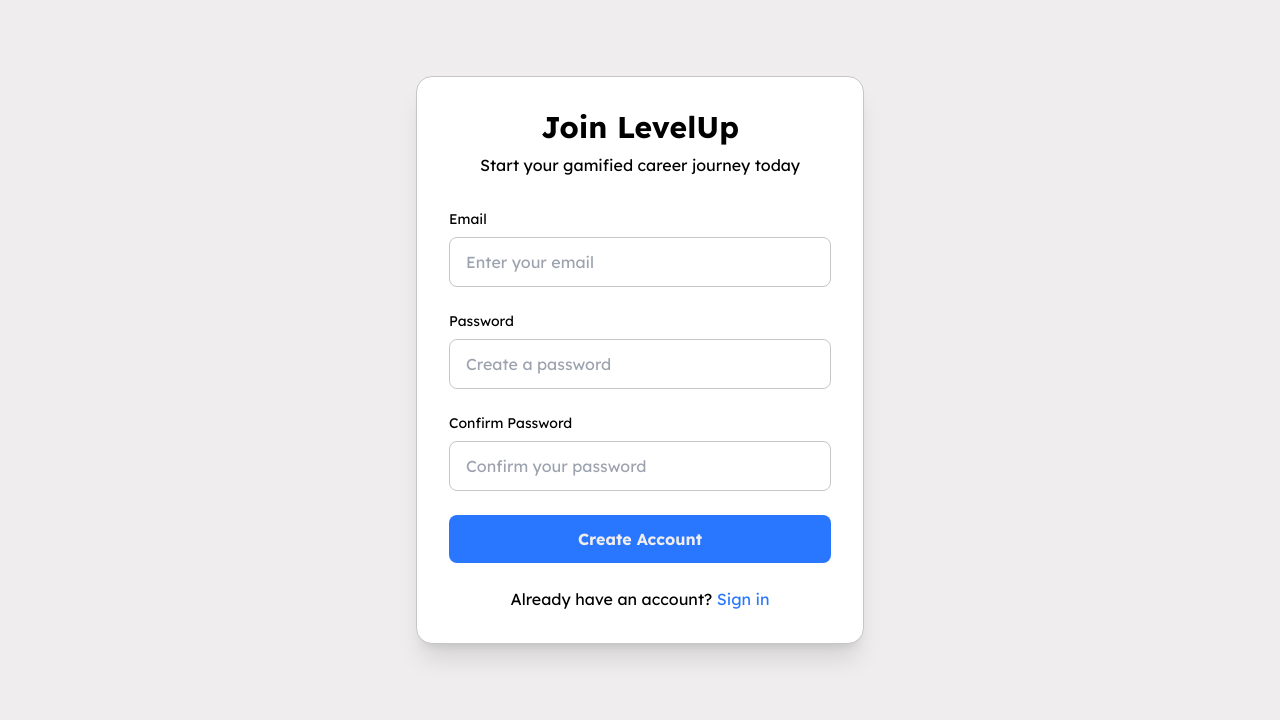
Repository: Mrguru2024/hackjam-team-04
Page: /auth/signup (app in frontend/)
An editor plug-in stored every save of this project. The page is shown before and after a run of saves, followed by the edit.
The browser window is 1280 px wide. The pictures show the whole page.
The project was rebuilt for these pictures with package versions that can differ from the ones it lists, and the page was loaded fresh each time. The framework's server and built-in components were replaced by stand-ins that run in the browser. Also part of the build but not shown: frontend/next.config.ts.

Above is the page before, as saved 2025-07-13 20:16:59.

### frontend/app/layout.tsx
import "./globals.css";
import { Lexend } from "next/font/google";
import { UserProvider } from "@/context/UserContext";

const lexend = Lexend({ subsets: ["latin"], weight: ["400", "700", "900"] });

export const metadata = {
  title: "LevelUp",
  description: "Gamified career progress tracker for Per Scholas",
};

export default function RootLayout({
  children,
}: {
  children: React.ReactNode;
}) {
  return (
    <html lang="en">
      <body className={lexend.className}>
        <UserProvider>{children}</UserProvider>
      </body>
    </html>
  );
}

### frontend/app/auth/signup/page.tsx
'use client';

import { useState } from 'react';
import { createUserWithEmailAndPassword } from 'firebase/auth';
import { auth } from '@/lib/firebase';
import Link from 'next/link';

export default function SignUp() {
  const [email, setEmail] = useState('');
  const [password, setPassword] = useState('');
  const [confirmPassword, setConfirmPassword] = useState('');
  const [error, setError] = useState('');
  const [loading, setLoading] = useState(false);

  const handleSignup = async (e: React.FormEvent) => {
    e.preventDefault();
    setLoading(true);
    setError('');

    if (password !== confirmPassword) {
      setError('Passwords do not match');
      setLoading(false);
      return;
    }

    try {
      await createUserWithEmailAndPassword(auth, email, password);
      // Redirect will be handled by the auth context
    } catch (err: any) {
      setError(err.message || 'Signup failed. Please try again.');
    } finally {
      setLoading(false);
    }
  };

  return (
    <div className="min-h-screen flex items-center justify-center bg-surface-subtle dark:bg-surface-default p-4">
      <div className="w-full max-w-md">
        <div className="bg-white dark:bg-surface-default rounded-2xl shadow-xl p-8 border border-border-default">
          <div className="text-center mb-8">
            <h1 className="text-3xl font-bold text-title mb-2">Join LevelUp</h1>
            <p className="text-body">Start your gamified career journey today</p>
          </div>

          <form onSubmit={handleSignup} className="space-y-6">
            {error && (
              <div className="bg-red-50 dark:bg-red-900/20 border border-red-200 dark:border-red-800 text-red-700 dark:text-red-400 px-4 py-3 rounded-lg">
                {error}
              </div>
            )}

            <div>
              <label htmlFor="email" className="block text-sm font-medium text-title mb-2">
                Email
              </label>
              <input
                id="email"
                type="email"
                value={email}
                onChange={(e) => setEmail(e.target.value)}
                className="w-full px-4 py-3 border border-border-default rounded-lg focus:ring-2 focus:ring-primary-default focus:border-transparent dark:bg-surface-subtle dark:text-text-negative"
                placeholder="Enter your email"
                required
              />
            </div>

            <div>
              <label htmlFor="password" className="block text-sm font-medium text-title mb-2">
                Password
              </label>
              <input
                id="password"
                type="password"
                value={password}
                onChange={(e) => setPassword(e.target.value)}
                className="w-full px-4 py-3 border border-border-default rounded-lg focus:ring-2 focus:ring-primary-default focus:border-transparent dark:bg-surface-subtle dark:text-text-negative"
                placeholder="Create a password"
                required
                minLength={6}
              />
            </div>

            <div>
              <label htmlFor="confirmPassword" className="block text-sm font-medium text-title mb-2">
                Confirm Password
              </label>
              <input
                id="confirmPassword"
                type="password"
                value={confirmPassword}
                onChange={(e) => setConfirmPassword(e.target.value)}
                className="w-full px-4 py-3 border border-border-default rounded-lg focus:ring-2 focus:ring-primary-default focus:border-transparent dark:bg-surface-subtle dark:text-text-negative"
                placeholder="Confirm your password"
                required
              />
            </div>

            <button
              type="submit"
              disabled={loading}
              className="w-full bg-primary-default hover:bg-primary-lighter text-text-negative font-bold py-3 px-6 rounded-lg transition-colors duration-200 disabled:opacity-50 disabled:cursor-not-allowed"
            >
              {loading ? 'Creating Account...' : 'Create Account'}
            </button>
          </form>

          <div className="mt-6 text-center">
            <p className="text-body">
              Already have an account?{' '}
              <Link href="/auth/login" className="text-primary-default hover:text-primary-lighter font-medium">
                Sign in
              </Link>
            </p>
          </div>
        </div>
      </div>
    </div>
  );
}

### frontend/app/globals.css
@tailwind base;
@tailwind components;
@tailwind utilities;

@layer base {
  :root {
    --surface-subtle: #efeded;
    --surface-default: #575252;
    --surface-disabled: #b7b5b5;
    --border-default: #c6c6c6;
    --border-disabled: #9aa7bc;
    --border-darker: #575252;
    --border-error: #b41c2b;
    --border-success: #009f42;
    --border-warning: #f0ad4e;
    --text-title: #161515;
    --text-body: #353232;
    --text-subtitle: #353232;
    --text-caption: #767070;
    --text-negative: #efeded;
    --text-disabled: #919191;
    --primary-subtle: #c2d8fe;
    --primary-lighter: #74a6ff;
    --primary-default: #2977ff;
    --primary-darker: #2a4ea2;
  }

  .dark {
    --surface-subtle: #575252;
    --surface-default: #efeded;
    --text-title: #efeded;
    --text-body: #efeded;
    --text-subtitle: #efeded;
    --text-caption: #b7b5b5;
    --text-negative: #161515;
  }
}

@layer components {
  .font-jura {
    font-family: "Jura", sans-serif;
  }
}

### frontend/context/UserContext.tsx
"use client";

import {
  createContext,
  useContext,
  useState,
  useEffect,
  ReactNode,
} from "react";
import { auth } from "@/lib/firebase";
import { User } from "firebase/auth";

interface UserContextType {
  user: User | null;
  loading: boolean;
}

const UserContext = createContext<UserContextType>({
  user: null,
  loading: true,
});

export const useUser = () => useContext(UserContext);

export function UserProvider({ children }: { children: ReactNode }) {
  const [user, setUser] = useState<User | null>(null);
  const [loading, setLoading] = useState(true);

  useEffect(() => {
    // Check if auth is available (Firebase properly configured)
    if (auth && typeof auth.onAuthStateChanged === 'function') {
      const unsubscribe = auth.onAuthStateChanged((user) => {
        setUser(user);
        setLoading(false);
      });

      return () => unsubscribe();
    } else {
      // Firebase not configured, set loading to false
      setLoading(false);
    }
  }, []);

  return (
    <UserContext.Provider value={{ user, loading }}>
      {children}
    </UserContext.Provider>
  );
}

### frontend/lib/firebase.js
import { initializeApp } from "firebase/app";
import { getAuth } from "firebase/auth";

const firebaseConfig = {
  apiKey: process.env.NEXT_PUBLIC_FIREBASE_API_KEY || "demo-api-key",
  authDomain: process.env.NEXT_PUBLIC_FIREBASE_AUTH_DOMAIN || "demo-project.firebaseapp.com",
  projectId: process.env.NEXT_PUBLIC_FIREBASE_PROJECT_ID || "demo-project-id",
  storageBucket: process.env.NEXT_PUBLIC_FIREBASE_STORAGE_BUCKET || "demo-project.appspot.com",
  messagingSenderId: process.env.NEXT_PUBLIC_FIREBASE_MESSAGING_SENDER_ID || "123456789",
  appId: process.env.NEXT_PUBLIC_FIREBASE_APP_ID || "demo-app-id",
};

// Only initialize Firebase if we're in the browser and have valid config
let app;
let auth;

if (typeof window !== 'undefined') {
  try {
    app = initializeApp(firebaseConfig);
    auth = getAuth(app);
  } catch (error) {
    console.warn('Firebase initialization failed:', error.message);
    // Create a mock auth object for development
    auth = {
      onAuthStateChanged: (callback) => {
        callback(null);
        return () => {};
      },
      signInWithEmailAndPassword: () => Promise.reject(new Error('Firebase not configured')),
      createUserWithEmailAndPassword: () => Promise.reject(new Error('Firebase not configured')),
      signOut: () => Promise.resolve(),
    };
  }
}

export { auth };

### frontend/tailwind.config.js
/** @type {import('tailwindcss').Config} */
module.exports = {
  content: [
    './app/**/*.{js,ts,jsx,tsx,mdx}',
    './components/**/*.{js,ts,jsx,tsx,mdx}',
  ],
  theme: {
    extend: {
      colors: {
        primary: {
          subtle: '#C2D8FE',
          lighter: '#74A6FF',
          default: '#2977FF',
          darker: '#2A4EA2',
        },
        surface: {
          subtle: '#EFEDED',
          default: '#575252',
          disabled: '#B7B5B5',
        },
        border: {
          default: '#C6C6C6',
          disabled: '#9AA7BC',
          darker: '#575252',
          error: '#B41C2B',
          success: '#009F42',
          warning: '#F0AD4E',
        },
        text: {
          title: '#161515',
          body: '#353232',
          subtitle: '#353232',
          caption: '#767070',
          negative: '#EFEDED',
          disabled: '#919191',
        },
      },
      fontFamily: {
        jura: ['Jura', 'sans-serif'],
      },
      fontSize: {
        jumbo: '40px',
      },
      borderRadius: {
        xl: '12px',
      },
    },
  },
  plugins: [],
}

### frontend/components/PasswordStrength/index.tsx
import React from "react";

export interface PasswordStrengthProps {
  password: string;
}

function getStrength(password: string) {
  let score = 0;
  if (password.length >= 8) score++;
  if (/[A-Z]/.test(password)) score++;
  if (/[0-9]/.test(password)) score++;
  if (/[^A-Za-z0-9]/.test(password)) score++;
  if (password.length >= 12) score++;
  return score;
}

function getStrengthLabel(score: number) {
  switch (score) {
    case 0:
    case 1:
      return { label: "Very Weak", color: "bg-red-500" };
    case 2:
      return { label: "Weak", color: "bg-orange-400" };
    case 3:
      return { label: "Medium", color: "bg-yellow-400" };
    case 4:
      return { label: "Strong", color: "bg-green-500" };
    case 5:
      return { label: "Very Strong", color: "bg-blue-500" };
    default:
      return { label: "", color: "bg-gray-300" };
  }
}

const PasswordStrength: React.FC<PasswordStrengthProps> = ({ password }) => {
  const score = getStrength(password);
  const { label, color } = getStrengthLabel(score);
  const percent = (score / 5) * 100;

  return (
    <div className="w-full mt-2">
      <div className="flex items-center justify-between mb-1">
        <span className="text-xs font-medium text-gray-700 dark:text-gray-200">Password Strength</span>
        <span className={`text-xs font-bold ${color} bg-opacity-20 px-2 py-0.5 rounded`}>{label}</span>
      </div>
      <div className="w-full h-2 bg-gray-200 dark:bg-gray-700 rounded">
        <div
          className={`h-2 rounded transition-all duration-300 ${color}`}
          style={{ width: `${percent}%` }}
        />
      </div>
    </div>
  );
};

export default PasswordStrength;

After the next 2 saves:
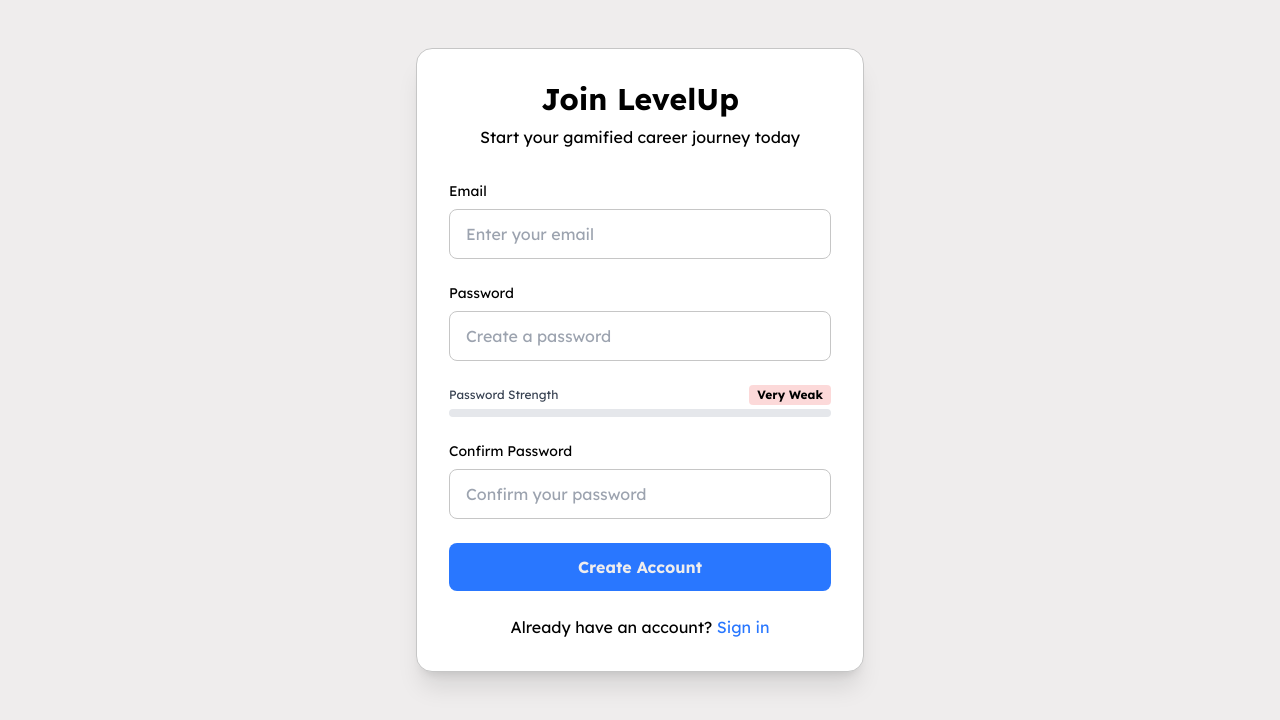
The 2 saves are shown as one change because they came seconds apart.
The last was saved 8 s later.
--- a/frontend/app/auth/signup/page.tsx
+++ b/frontend/app/auth/signup/page.tsx
@@ -1,24 +1,25 @@
-'use client';
+"use client";
 
-import { useState } from 'react';
-import { createUserWithEmailAndPassword } from 'firebase/auth';
-import { auth } from '@/lib/firebase';
-import Link from 'next/link';
+import { useState } from "react";
+import { createUserWithEmailAndPassword } from "firebase/auth";
+import { auth } from "@/lib/firebase";
+import Link from "next/link";
+import PasswordStrength from "@/components/PasswordStrength";
 
 export default function SignUp() {
-  const [email, setEmail] = useState('');
-  const [password, setPassword] = useState('');
-  const [confirmPassword, setConfirmPassword] = useState('');
-  const [error, setError] = useState('');
+  const [email, setEmail] = useState("");
+  const [password, setPassword] = useState("");
+  const [confirmPassword, setConfirmPassword] = useState("");
+  const [error, setError] = useState("");
   const [loading, setLoading] = useState(false);
 
   const handleSignup = async (e: React.FormEvent) => {
     e.preventDefault();
     setLoading(true);
-    setError('');
+    setError("");
 
     if (password !== confirmPassword) {
-      setError('Passwords do not match');
+      setError("Passwords do not match");
       setLoading(false);
       return;
     }
@@ -27,7 +28,7 @@ export default function SignUp() {
       await createUserWithEmailAndPassword(auth, email, password);
       // Redirect will be handled by the auth context
     } catch (err: any) {
-      setError(err.message || 'Signup failed. Please try again.');
+      setError(err.message || "Signup failed. Please try again.");
     } finally {
       setLoading(false);
     }
@@ -39,7 +40,9 @@ export default function SignUp() {
         <div className="bg-white dark:bg-surface-default rounded-2xl shadow-xl p-8 border border-border-default">
           <div className="text-center mb-8">
             <h1 className="text-3xl font-bold text-title mb-2">Join LevelUp</h1>
-            <p className="text-body">Start your gamified career journey today</p>
+            <p className="text-body">
+              Start your gamified career journey today
+            </p>
           </div>
 
           <form onSubmit={handleSignup} className="space-y-6">
@@ -50,7 +53,10 @@ export default function SignUp() {
             )}
 
             <div>
-              <label htmlFor="email" className="block text-sm font-medium text-title mb-2">
+              <label
+                htmlFor="email"
+                className="block text-sm font-medium text-title mb-2"
+              >
                 Email
               </label>
               <input
@@ -65,7 +71,10 @@ export default function SignUp() {
             </div>
 
             <div>
-              <label htmlFor="password" className="block text-sm font-medium text-title mb-2">
+              <label
+                htmlFor="password"
+                className="block text-sm font-medium text-title mb-2"
+              >
                 Password
               </label>
               <input
@@ -79,9 +88,13 @@ export default function SignUp() {
                 minLength={6}
               />
             </div>
+            <PasswordStrength password={password} />
 
             <div>
-              <label htmlFor="confirmPassword" className="block text-sm font-medium text-title mb-2">
+              <label
+                htmlFor="confirmPassword"
+                className="block text-sm font-medium text-title mb-2"
+              >
                 Confirm Password
               </label>
               <input
@@ -100,14 +113,17 @@ export default function SignUp() {
               disabled={loading}
               className="w-full bg-primary-default hover:bg-primary-lighter text-text-negative font-bold py-3 px-6 rounded-lg transition-colors duration-200 disabled:opacity-50 disabled:cursor-not-allowed"
             >
-              {loading ? 'Creating Account...' : 'Create Account'}
+              {loading ? "Creating Account..." : "Create Account"}
             </button>
           </form>
 
           <div className="mt-6 text-center">
             <p className="text-body">
-              Already have an account?{' '}
-              <Link href="/auth/login" className="text-primary-default hover:text-primary-lighter font-medium">
+              Already have an account?{" "}
+              <Link
+                href="/auth/login"
+                className="text-primary-default hover:text-primary-lighter font-medium"
+              >
                 Sign in
               </Link>
             </p>
